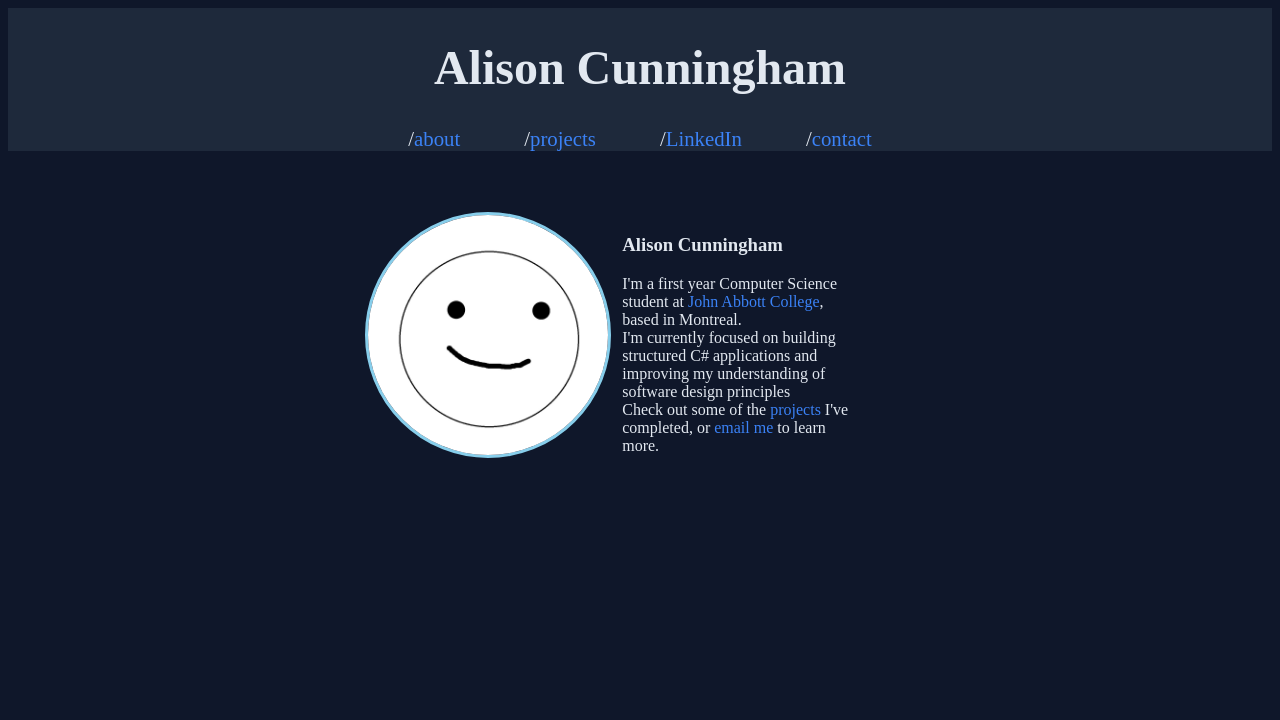
Repository: alison-cunningham/alison-cunningham
Page: index.html
The author's editor kept a copy of each file at every save. The page is drawn from the files as they stood at one save, then again after the next save.
The browser window is 1280 px wide. The pictures show the whole page.
Some web fonts or font styles are not loaded; a fallback is used.

Above is the page before, as saved 2026-04-22 13:52:01.

After the next save:
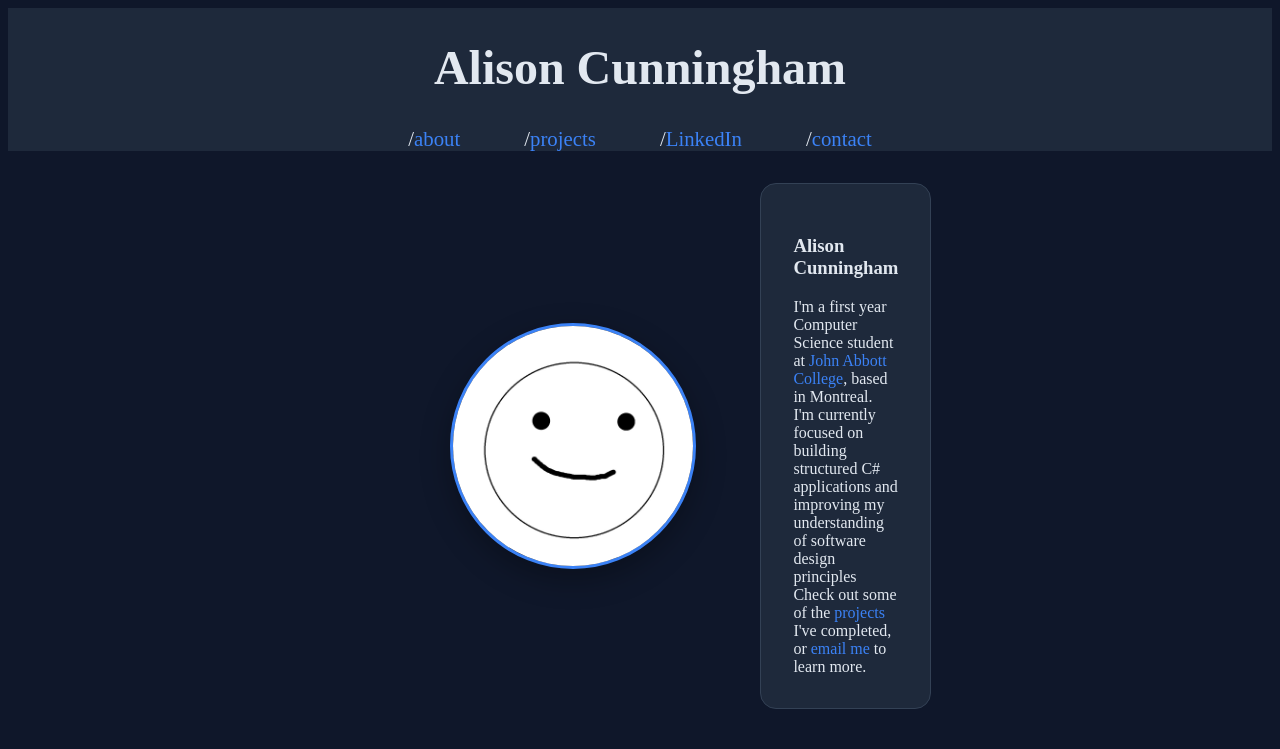
Saved 3 min 45 s later.
--- a/styles/index.css
+++ b/styles/index.css
@@ -32,14 +32,15 @@ header{
 
 .home-page-img{
     width: 15rem;
-    border: .2rem solid skyblue;
+    border: 3px solid #3b82f6;
     border-radius: 50%;
+    box-shadow: 0 10px 30px rgba(0,0,0,0.3);
 }
 
 main{
     display: grid;
     width: 100%;
-    grid-template-columns: 20% 80%;
+    grid-template-columns: auto 1fr;
     place-items: center;
 
     gap: 4rem;
@@ -50,6 +51,9 @@ main{
 .about-me{
 
     padding: 2rem;
+    background-color: #1e293b;
+    border: 1px solid #334155;
+    border-radius: 1rem;
 }
 
 @media (min-width: 600px) {
